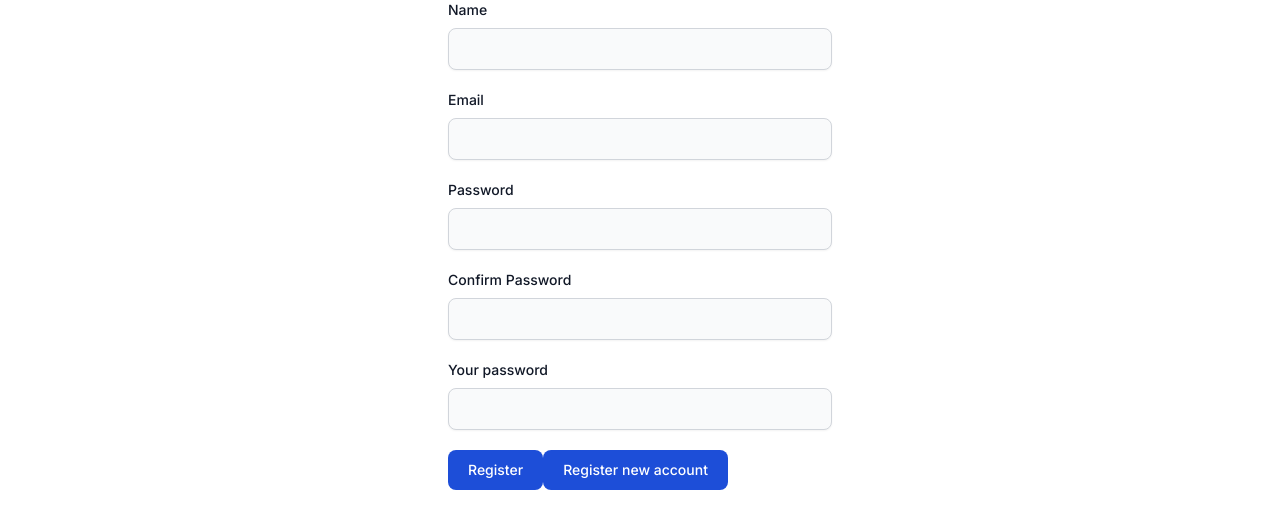
Repository: fatimash2123/next-todo
Page: /register
An editor plug-in stored every save of this project. The page is shown before and after the next save, followed by the edit.
The browser window is 1280 px wide. The pictures show the whole page.
The project was rebuilt for these pictures with package versions that can differ from the ones it lists, and the page was loaded fresh each time. The framework's server and built-in components were replaced by stand-ins that run in the browser. Also part of the build but not shown: next.config.mjs.

Above is the page before, as saved 2024-02-13 12:14:55.

After the next save:
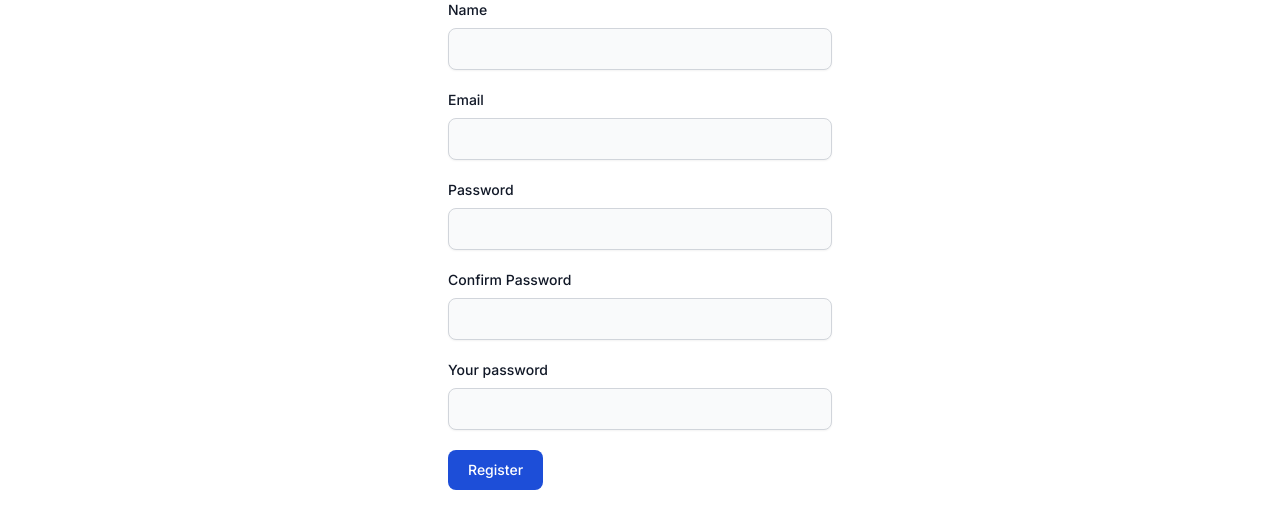
Saved 16 s later.
--- a/app/register/page.tsx
+++ b/app/register/page.tsx
@@ -24,12 +24,6 @@ export default function Register() {
         />
       </div>
       <Button title={"Register"} handleOnClick={register} />
-      <button
-        type="submit"
-        className="text-white bg-blue-700 hover:bg-blue-800 focus:ring-4 focus:outline-none focus:ring-blue-300 font-medium rounded-lg text-sm px-5 py-2.5 text-center dark:bg-blue-600 dark:hover:bg-blue-700 dark:focus:ring-blue-800"
-      >
-        Register new account
-      </button>
     </form>
   );
 }
